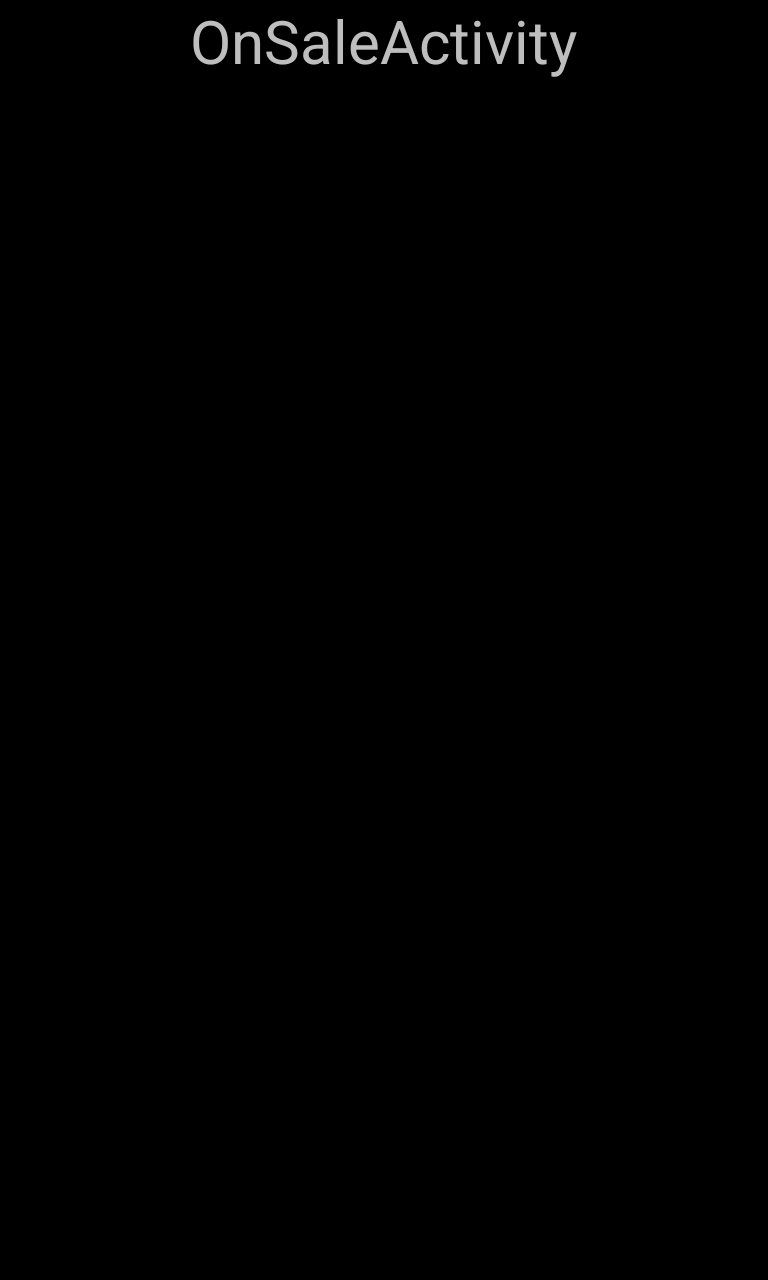
Repository: jcyfkimi/Android-TaoTao
Layout: TaoTao/res/layout/manageuserinfo.xml
These files come from the project's save history. The layout is drawn as it stood at one moment and after the next save; the edit follows.
It is drawn on a 768 x 1280 px phone screen (xhdpi) without system bars, with theme android:Theme; the app's code is not run.

Above is the layout before, as saved 2011-09-16 03:05:51.

After the next save:
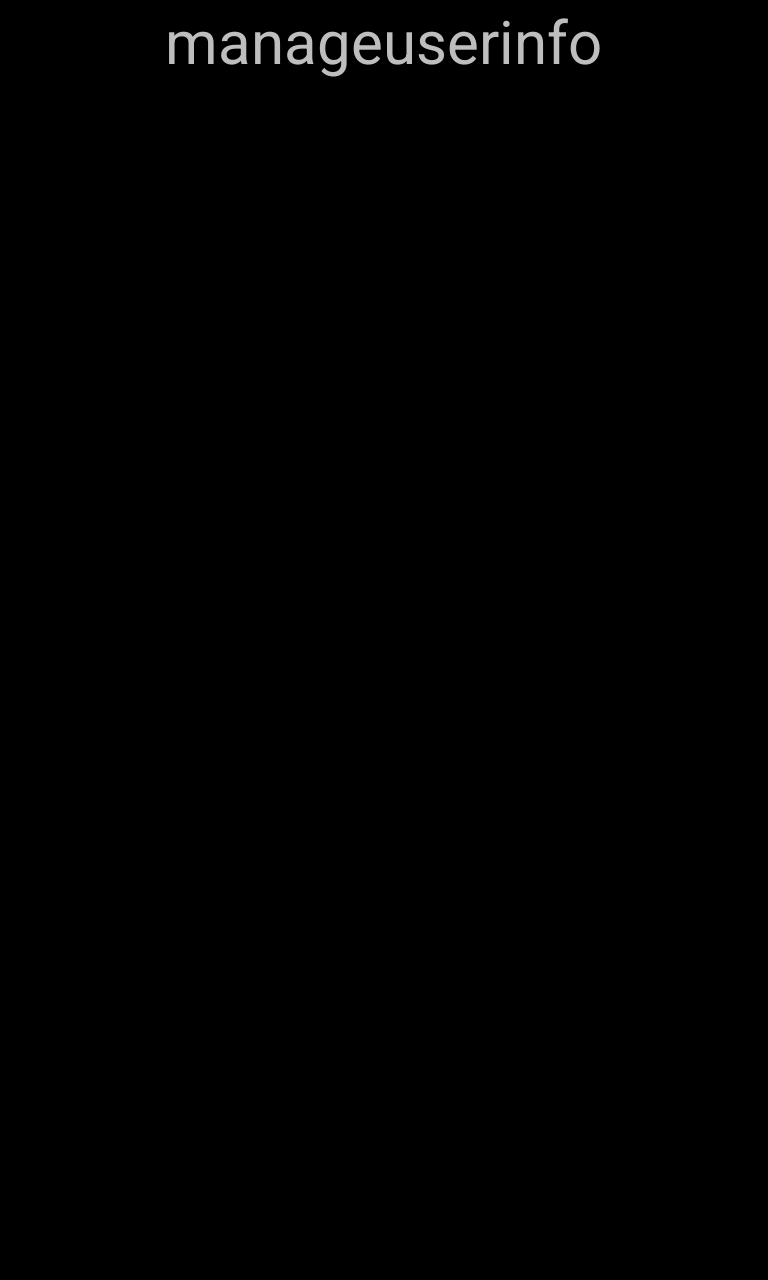
Saved 11 s later.
--- a/TaoTao/res/layout/manageuserinfo.xml
+++ b/TaoTao/res/layout/manageuserinfo.xml
@@ -9,6 +9,6 @@
     	android:layout_width="wrap_content"
     	android:layout_height="wrap_content"
     	android:layout_gravity="center_horizontal"
-    	android:text="OnSaleActivity"
+    	android:text="manageuserinfo"
     	android:textSize="30dip"/>
 </LinearLayout>
